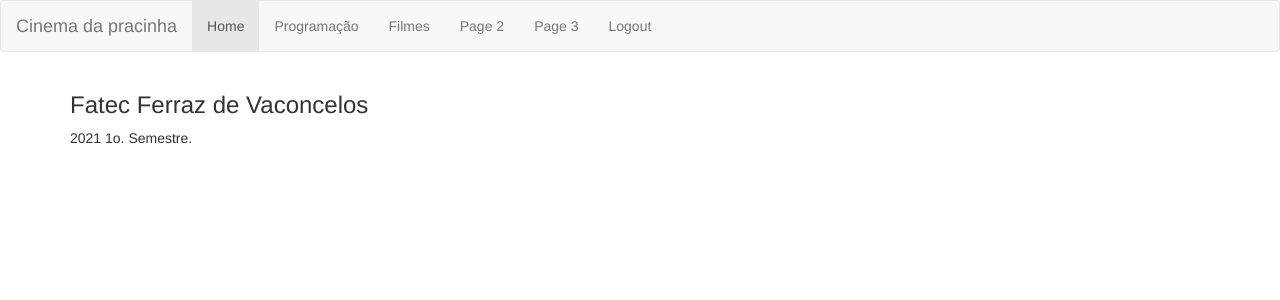
Repository: Melissa-fatec/20211-grupo08
Page: http://localhost/paginaMenu
These files come from the project's save history. The page is drawn as it stood at one moment and after the next save; the edit follows.
The browser window is 1280 px wide. The pictures show the whole page.
The page is this project's Thymeleaf template; nobody is signed in. The template is opened directly, without the code that normally fills it, so the values that code supplies are empty.

Above is the page before, as saved 2021-03-15 23:38:22.

### sprint1/cinema/src/main/resources/templates/paginaMenu.html
<!DOCTYPE html>
<html lang="en">
<head>
 <title>Sistema Integrado de Gestão</title>
 <meta charset="utf-8">
 <meta name="viewport" content="width=device-width, initial-scale=1">
 <link rel="stylesheet" href="https://maxcdn.bootstrapcdn.com/bootstrap/3.4.1/css/bootstrap.min.css">
 <script src="https://ajax.googleapis.com/ajax/libs/jquery/3.5.1/jquery.min.js"></script>
 <script src="https://maxcdn.bootstrapcdn.com/bootstrap/3.4.1/js/bootstrap.min.js"></script>
</head>
<body>
<nav class="navbar navbar-default">
 <div class="container-fluid">
 <div class="navbar-header">
 <a class="navbar-brand" href="#">Cinema da pracinha</a>
 </div>
 <ul class="nav navbar-nav">
 <li class="active"><a href="#">Home</a></li>

 <li> <a th:href="@{/aluno/cadastrar}"> Programação </a> </li>
 <li> <a th:href="@{/livro/cadastrar}"> Filmes </a> </li>

 <li><a href="#">Page 2</a></li>
 <li><a href="#">Page 3</a></li>
 <li><a th:href="@{/login?logout}">Logout</a></li>
 </ul>
 </div>
</nav>
<div class="container">
 <h3>Fatec Ferraz de Vaconcelos </h3>
 <p> 2021 1o. Semestre.</p>
</div>
</body>
</html>

After the next save:
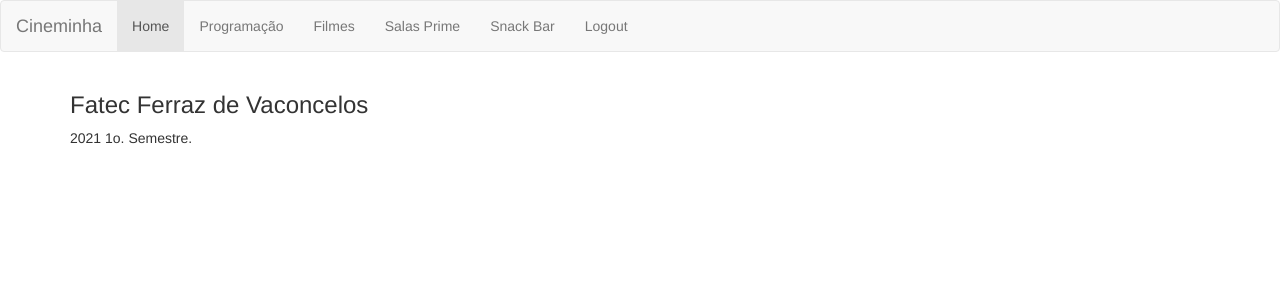
Saved 103 s later.
--- a/sprint1/cinema/src/main/resources/templates/paginaMenu.html
+++ b/sprint1/cinema/src/main/resources/templates/paginaMenu.html
@@ -12,7 +12,7 @@
 <nav class="navbar navbar-default">
  <div class="container-fluid">
  <div class="navbar-header">
- <a class="navbar-brand" href="#">Cinema da pracinha</a>
+ <a class="navbar-brand" href="#">Cineminha</a>
  </div>
  <ul class="nav navbar-nav">
  <li class="active"><a href="#">Home</a></li>
@@ -20,8 +20,8 @@
  <li> <a th:href="@{/aluno/cadastrar}"> Programação </a> </li>
  <li> <a th:href="@{/livro/cadastrar}"> Filmes </a> </li>
 
- <li><a href="#">Page 2</a></li>
- <li><a href="#">Page 3</a></li>
+ <li><a href="#">Salas Prime</a></li>
+ <li><a href="#">Snack Bar</a></li>
  <li><a th:href="@{/login?logout}">Logout</a></li>
  </ul>
  </div>
